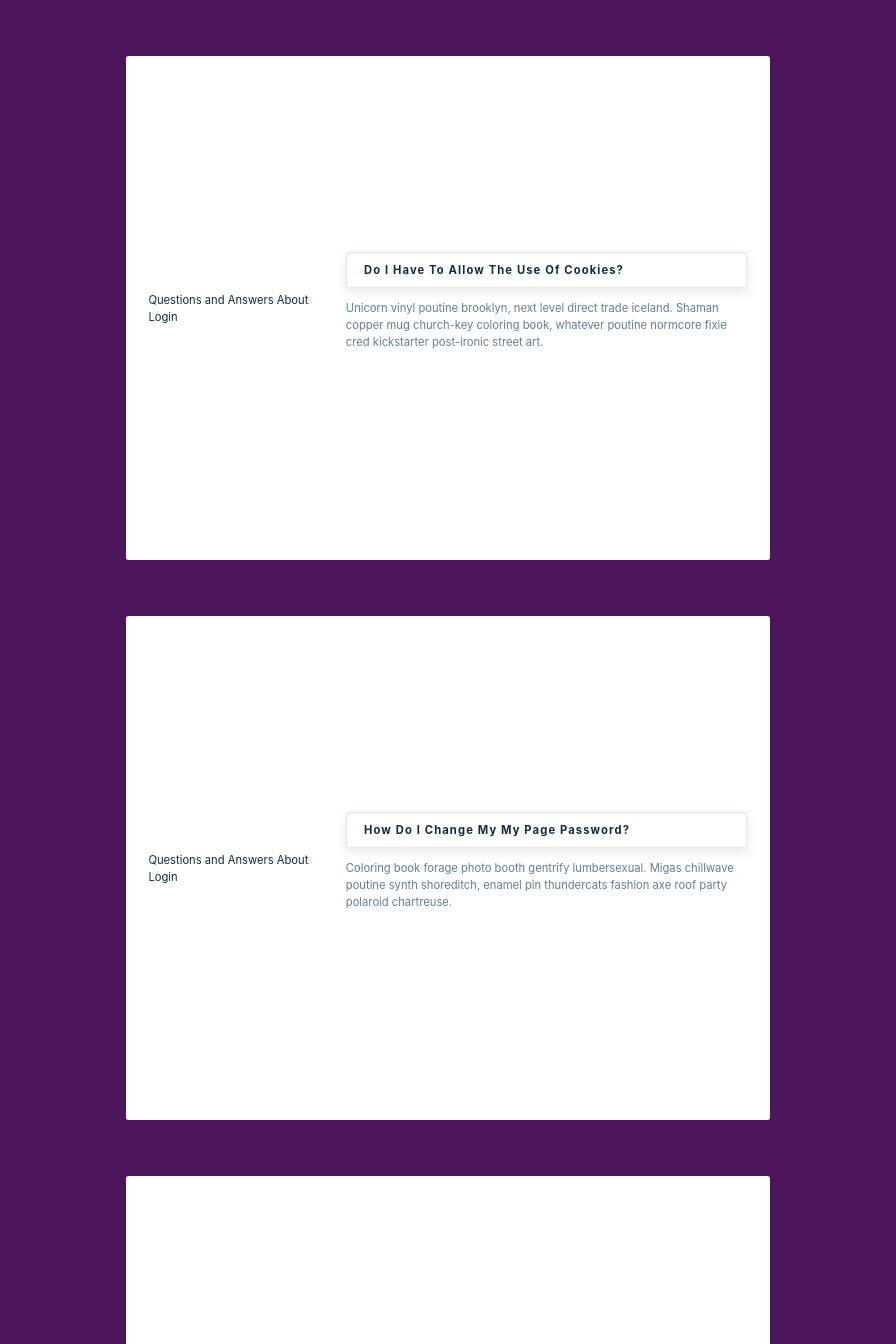
Repository: Reghanoid/Accordion
Page: /
An editor plug-in stored every save of this project. The page is shown before and after the next save, followed by the edit.
The browser window is 1280 px wide. The pictures show the part of the page from y = 0 to 1920 px (the page is 4080 px tall), at 70% of full size.
The project was rebuilt for these pictures with package versions that can differ from the ones it lists, and the page was loaded fresh each time.

Above is the page before, as saved 2022-06-06 14:58:58.

### src/App.js
import React, { useState } from 'react'
import data from './data'
import SingleQuestion from './Question'
function App() {
  return (
    <div>
      {data.map((datum) => (
        <SingleQuestion key={datum.id} title={datum.title} info={datum.info} />
      ))}
    </div>
  )
}

export default App

### src/data.js
const questions = [
  {
    id: 1,
    title: 'Do I have to allow the use of cookies?',
    info:
      'Unicorn vinyl poutine brooklyn, next level direct trade iceland. Shaman copper mug church-key coloring book, whatever poutine normcore fixie cred kickstarter post-ironic street art.',
  },
  {
    id: 2,
    title: 'How do I change my My Page password?',
    info:
      'Coloring book forage photo booth gentrify lumbersexual. Migas chillwave poutine synth shoreditch, enamel pin thundercats fashion axe roof party polaroid chartreuse.',
  },
  {
    id: 3,
    title: 'What is BankID?',
    info:
      'Enamel pin fam sustainable woke whatever venmo. Authentic asymmetrical put a bird on it, lumbersexual activated charcoal kinfolk banjo cred pickled sartorial.',
  },
  {
    id: 4,
    title: 'Whose birth number can I use?',
    info:
      'Edison bulb direct trade gentrify beard lo-fi seitan sustainable roof party franzen occupy squid. Knausgaard cronut succulents, scenester readymade shabby chic lyft. Copper mug meh vegan gentrify.',
  },
  {
    id: 5,
    title: 'When do I recieve a password ordered by letter?',
    info:
      'Locavore franzen fashion axe live-edge neutra irony synth af tilde shabby chic man braid chillwave waistcoat copper mug messenger bag. Banjo snackwave blog, microdosing thundercats migas vaporware viral lo-fi seitan ',
  },
]
export default questions

### src/Question.js
import React, { useState } from 'react'
import { AiOutlineMinus, AiOutlinePlus } from 'react-icons/ai'
const Question = (props) => {
  return (
    <main className='container'>
      <header>Questions and Answers About Login</header>
      <div>
        <h4 className='question'> {props.title} </h4>
        <p> {props.info} </p>
      </div>
    </main>
  )
}

export default Question

Loaded but not shown: public/index.html (common file); src/index.js (common file); src/index.css (common file)

After the next save:
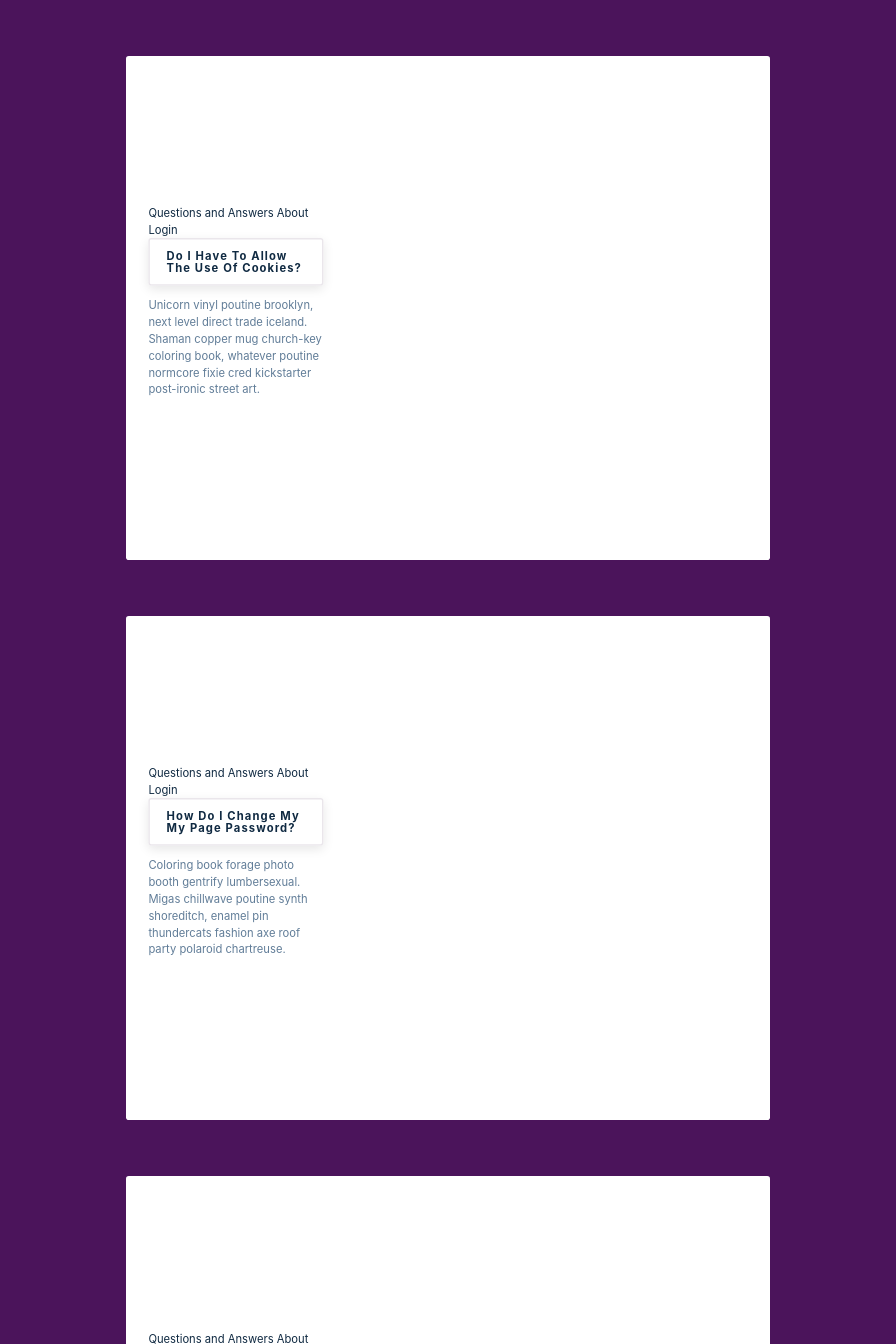
Saved 31 s later.
--- a/src/Question.js
+++ b/src/Question.js
@@ -3,11 +3,13 @@ import { AiOutlineMinus, AiOutlinePlus } from 'react-icons/ai'
 const Question = (props) => {
   return (
     <main className='container'>
-      <header>Questions and Answers About Login</header>
-      <div>
-        <h4 className='question'> {props.title} </h4>
-        <p> {props.info} </p>
-      </div>
+      <header>
+        Questions and Answers About Login
+        <div>
+          <h4 className='question'> {props.title} </h4>
+          <p> {props.info} </p>
+        </div>
+      </header>
     </main>
   )
 }
